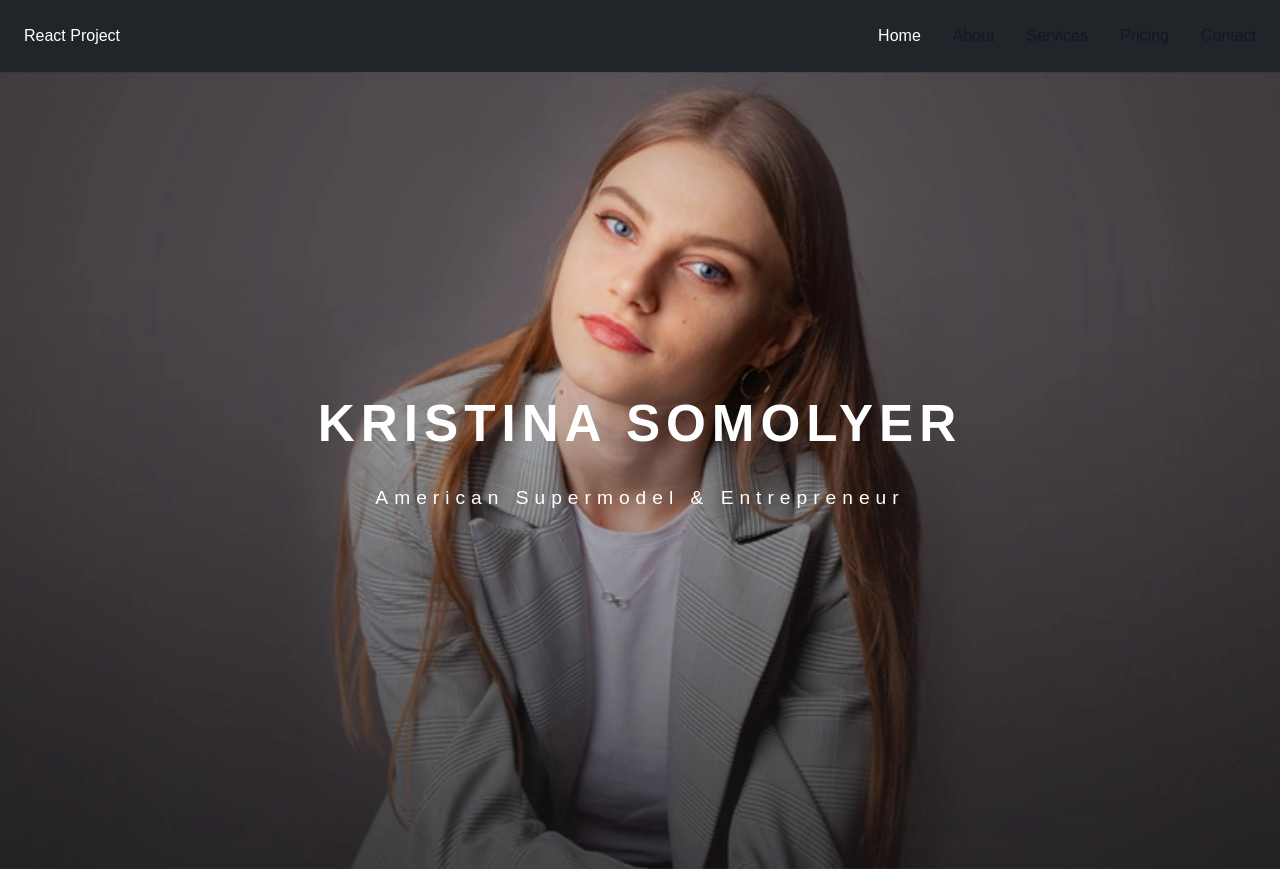
Repository: arminprogramme/inbio
Page: /
An editor plug-in stored every save of this project. The page is shown before and after the next save, followed by the edit.
The browser window is 1280 px wide. The pictures show the whole page.
Some web libraries are served in a nearby version. The project was rebuilt for these pictures with package versions that can differ from the ones it lists, and the page was loaded fresh each time. Also part of the build but not shown: vite.config.js, src/Component/Body/Services/ServicesItem.jsx, src/Component/Body/Services/Services.css, src/Component/Body/Services/Services.jsx, src/Component/Body/Buttons/Buttons.css, src/Component/Body/Buttons/ButtonSpecial.jsx, src/Component/Body/About/About.jsx, src/Component/Body/PortFolio/Portfolio.css and 3 more.

Above is the page before, as saved 2023-10-20 05:41:46.

### index.html
<!doctype html>
<html lang="en">

<head>
    <meta charset="UTF-8" />
    <link rel="icon" type="image/svg+xml" href="/vite.svg" />
    <link rel="stylesheet" href="https://cdnjs.cloudflare.com/ajax/libs/font-awesome/4.7.0/css/font-awesome.min.css">
    <link href="https://cdnjs.cloudflare.com/ajax/libs/flowbite/1.8.1/flowbite.min.css" rel="stylesheet" />
    <meta name="viewport" content="width=device-width, initial-scale=1.0" />
    <title>Vite + React</title>
</head>

<body>
    <div id="root"></div>
    <script src="https://cdnjs.cloudflare.com/ajax/libs/flowbite/1.8.1/flowbite.min.js"></script>
    <script type="module" src="/src/main.jsx"></script>
</body>

</html>

### src/App.jsx
import   { Component } from 'react';
import LandingPage from './Component/LandingPage.jsx'
import './App.css'

class App extends Component {


  render() {
    return (
    <div>
      <LandingPage />
    </div>
    );
  }


}

export default App;

### src/index.css
:root {
    font-family: Inter, system-ui, Avenir, Helvetica, Arial, sans-serif;
}

a {
    font-weight: 500;
    color: #646cff;
    text-decoration: inherit;
}

* {
    padding: 0;
    margin: 0;
    box-sizing: border-box;
}

@tailwind base;
@tailwind components;
@tailwind utilities;
a:hover {
    color: #535bf2;
}

body {
    margin: 0;
    font-family: 'Vazir', sans-serif;
}

h1 {
    font-size: 3.2em;
    line-height: 1.1;
}

@media (prefers-color-scheme: light) {
     :root {
        color: #213547;
        background-color: #ffffff;
    }
    a:hover {
        color: #747bff;
    }
    button {
        background-color: #f9f9f9;
    }
}

### src/Component/LandingPage.jsx
import  { Component } from 'react';
import Header from './Header/Header.jsx'
import Body from './Body/Body.jsx'
//import Footer from './Footer/Footer.jsx'
class LandingPage extends Component {
    render() {
        return (
            <div>
                <Header/>


            </div>
        );
    }
}

export default LandingPage;

### src/Component/Header/Header.jsx
import  { Component } from 'react';
import NavBar from './Navbar.jsx'
import './Header.css'
class Header extends Component {
    render() {
        return (
            <div>
                <NavBar/>
                <div className="banner-header text-center">
                    <h1 className='font-bold text-white'>KRISTINA SOMOLYER</h1>
                    <p>American Supermodel & Entrepreneur</p>
                </div>
            </div>
        );
    }
}

export default Header;

### src/Component/Header/Navbar.jsx
import  { Component } from 'react';

class Navbar extends Component {
    render() {
        return (
            <div>

<nav className=" black-bg">
  <div className=" flex flex-wrap items-center justify-between mx-auto p-6">
    <a href="https://.com/" className="flex items-center">
       <h2 className='text-white'>React Project</h2>
    </a>
    <button data-collapse-toggle="navbar-default" type="button"  className="inline-flex items-center p-2 w-10 h-10 justify-center text-sm text-white rounded-lg md:hidden " aria-controls="navbar-default" aria-expanded="false">
    <i className="fa fa-bars text-white"></i>

    </button>
    <div className="hidden w-full md:block md:w-auto" id="navbar-default">
      <ul className="font-medium flex flex-col p-4 md:p-0 mt-4 border border-gray-100 rounded-lg text-white md:flex-row md:space-x-8 md:mt-0 md:border-0 black-bg">
        <li>
          <a href="#" className="block py-2 pl-3 pr-4 text-white md:hover:text-gray-700 dark:text-white md:dark:hover:text-gray-500 rounded md:bg-transparent md:p-0 " aria-current="page">Home</a>
        </li>
        <li>
          <a href="#" className="block py-2 pl-3 pr-4 text-gray-900 rounded hover:bg-gray-100 md:hover:bg-transparent md:border-0 md:hover:text-gray-700 md:p-0 dark:text-white md:dark:hover:text-gray-500 dark:hover:bg-gray-700 dark:hover:text-white md:dark:hover:bg-transparent">About</a>
        </li>
        <li>
          <a href="#" className="block py-2 pl-3 pr-4 text-gray-900 rounded md:hover:text-gray-700 md:p-0 dark:text-white md:dark:hover:text-gray-500 dark:hover:bg-gray-700 dark:hover:text-white md:dark:hover:bg-transparent">Services</a>
        </li>
        <li>
          <a href="#" className="block py-2 pl-3 pr-4 text-gray-900 rounded hover:bg-gray-100 md:hover:bg-transparent md:border-0 md:hover:text-gray-700 md:p-0 dark:text-white md:dark:hover:text-gray-500 dark:hover:bg-gray-700 dark:hover:text-white md:dark:hover:bg-transparent">Pricing</a>
        </li>
        <li>
          <a href="#" className="block py-2 pl-3 pr-4 text-gray-900 rounded hover:bg-gray-100 md:hover:bg-transparent md:border-0md:hover:text-gray-700 md:p-0 dark:text-white md:dark:hover:text-gray-500 dark:hover:bg-gray-700 dark:hover:text-white md:dark:hover:bg-transparent">Contact</a>
        </li>
      </ul>
    </div>
  </div>
</nav>

            </div>
        );
    }
}

export default Navbar;

### src/Component/Header/Header.css
.black-bg {
    background-color: #212428;
}

.banner-header {
    background-image: url(../../../bg-image-12.webp);
    background-position: center;
    background-size: cover;
    padding: 20.25rem 0;
}

.banner-header h1 {
    letter-spacing: 6px;
    font-size: 3.2rem;
}

.banner-header p {
    letter-spacing: 6px;
    font-size: 1.2rem;
    padding: 2rem 0;
    color: #fff;
}

### src/Component/Body/About/About.css
.img-about {
    padding: 1.9rem;
    border-radius: 5px;
    background: linear-gradient(145deg, #1e2024, #23272b);
    box-shadow: 5px 5px 10px #1d1f23, -5px -5px 10px #25292d;
    max-width: 100%;
}

.inner-img-about {
    border-radius: 10px;
    background: #212428;
    box-shadow: 5px 5px 10px #17191c, -5px -5px 10px #2b2f34;
    -webkit-border-radius: 10px;
    -moz-border-radius: 10px;
    -ms-border-radius: 10px;
    -o-border-radius: 10px;
    width: 100%;
    height: auto;
    border-radius: 5px;
    overflow: hidden;
}

.inner-img-about img {
    width: 100%;
    border-radius: 5px!important;
    -webkit-border-radius: 5px!important;
    -moz-border-radius: 5px!important;
    -ms-border-radius: 5px!important;
    transition: 0.5s ease;
    -o-border-radius: 5px!important;
}

.inner-img-about img:hover {
    transform: scale(1.1);
    /*zoomintheimageupto30%*/
    cursor: pointer;
    -webkit-transform: scale(1.1);
    -moz-transform: scale(1.1);
    -ms-transform: scale(1.1);
    -o-transform: scale(1.1);
}

.content-about {
    margin: 5.5rem 1.5rem;
}

.content-about h2,
p {
    color: #ddd;
}

.content-about h2 {
    font-size: 4rem;
    padding: 1rem 0;
    font-weight: bold;
}

.content-about p {
    font-size: 1.25rem;
    padding: 0.9rem;
}

Loaded but not shown: src/main.jsx (common file); src/App.css (common file)

After the next save:
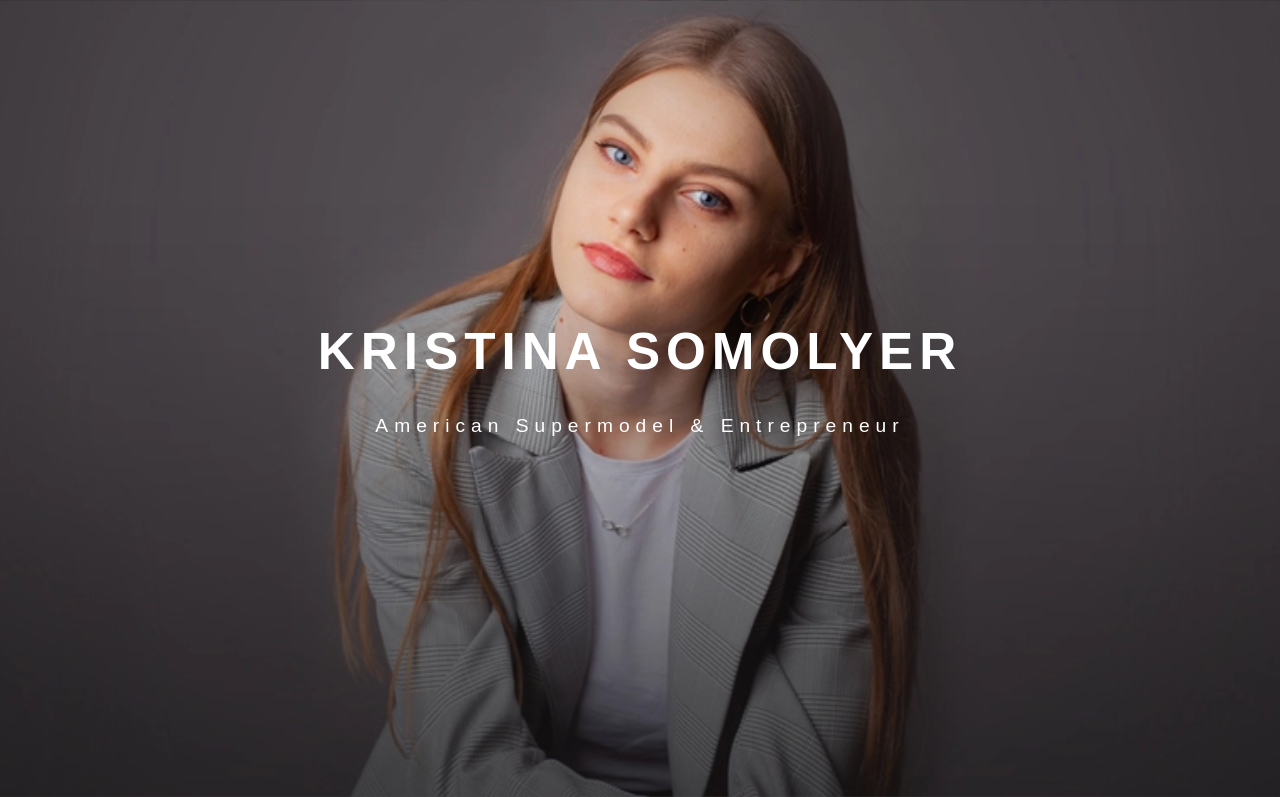
Saved 8 s later.
--- a/src/Component/Header/Header.jsx
+++ b/src/Component/Header/Header.jsx
@@ -5,7 +5,7 @@
     render() {
         return (
             <div>
-                <NavBar/>
+
                 <div className="banner-header text-center">
                     <h1 className='font-bold text-white'>KRISTINA SOMOLYER</h1>
                     <p>American Supermodel & Entrepreneur</p>

After the save that followed:
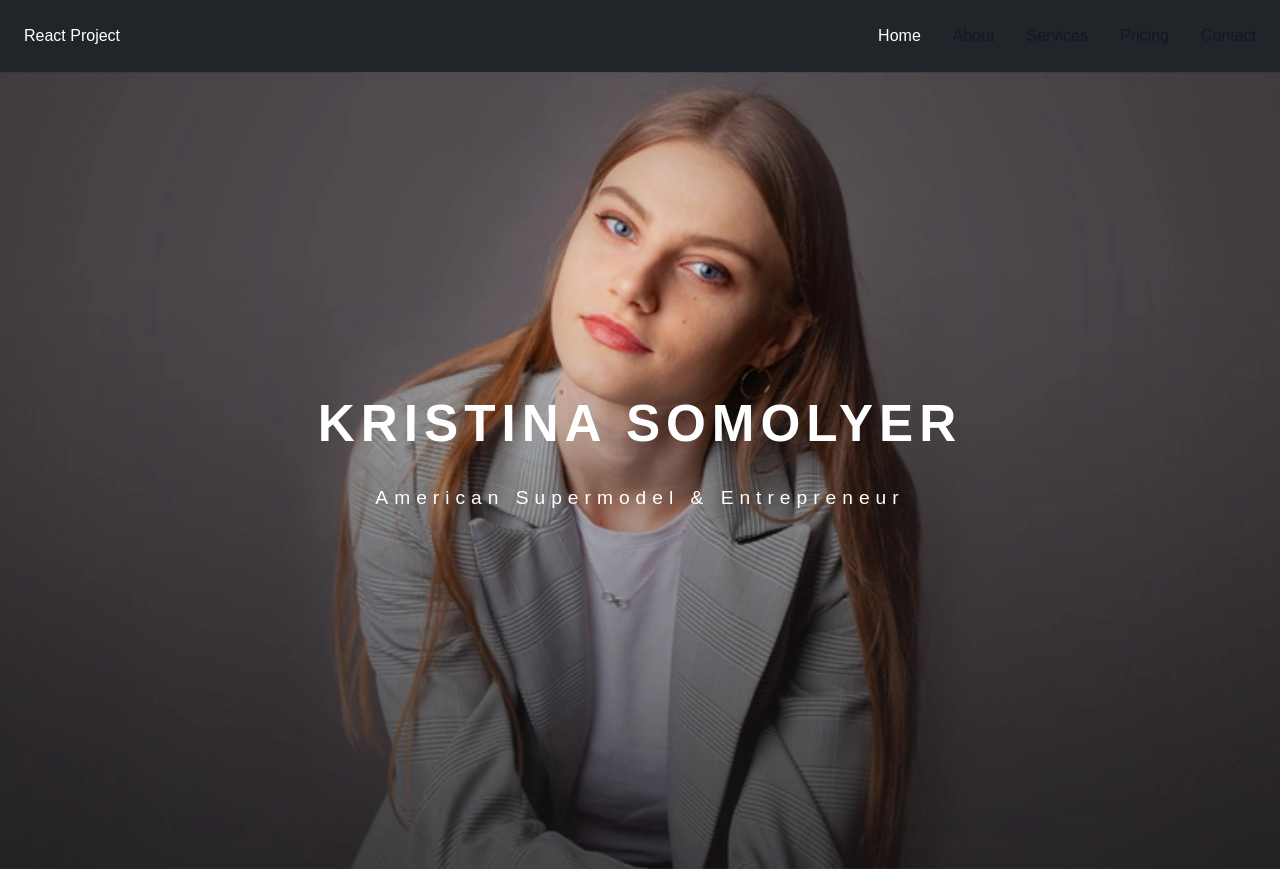
Saved 7 s later.
--- a/src/Component/Header/Header.jsx
+++ b/src/Component/Header/Header.jsx
@@ -5,7 +5,7 @@
     render() {
         return (
             <div>
-
+                <NavBar/>
                 <div className="banner-header text-center">
                     <h1 className='font-bold text-white'>KRISTINA SOMOLYER</h1>
                     <p>American Supermodel & Entrepreneur</p>
